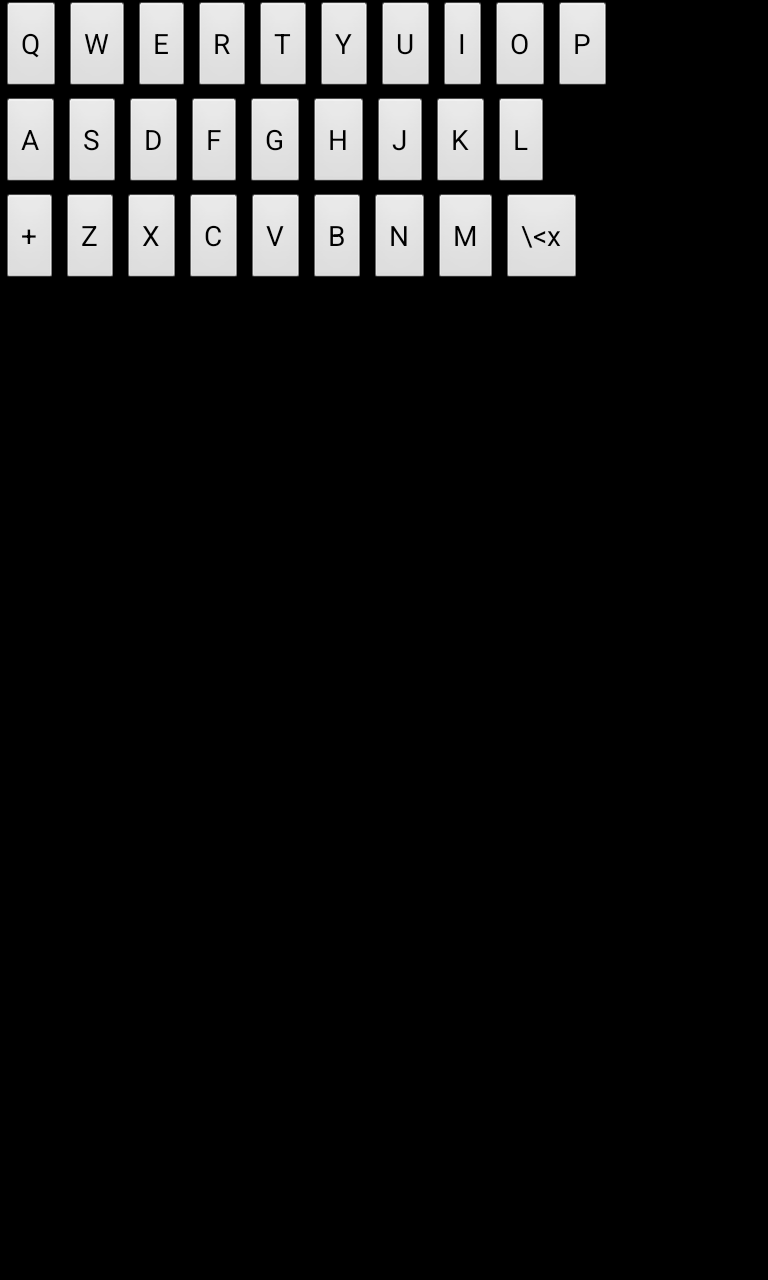
Repository: simplesns/workspace
Layout: eclipse/DEPuzzles/res/layout/ui_keypad.xml
These files come from the project's save history. The layout is drawn as it stood at one moment and after the next save; the edit follows.
It is drawn on a 768 x 1280 px phone screen (xhdpi) without system bars, with theme android:Theme; the app's code is not run.

Above is the layout before, as saved 2011-01-29 08:57:29.

After the next save:
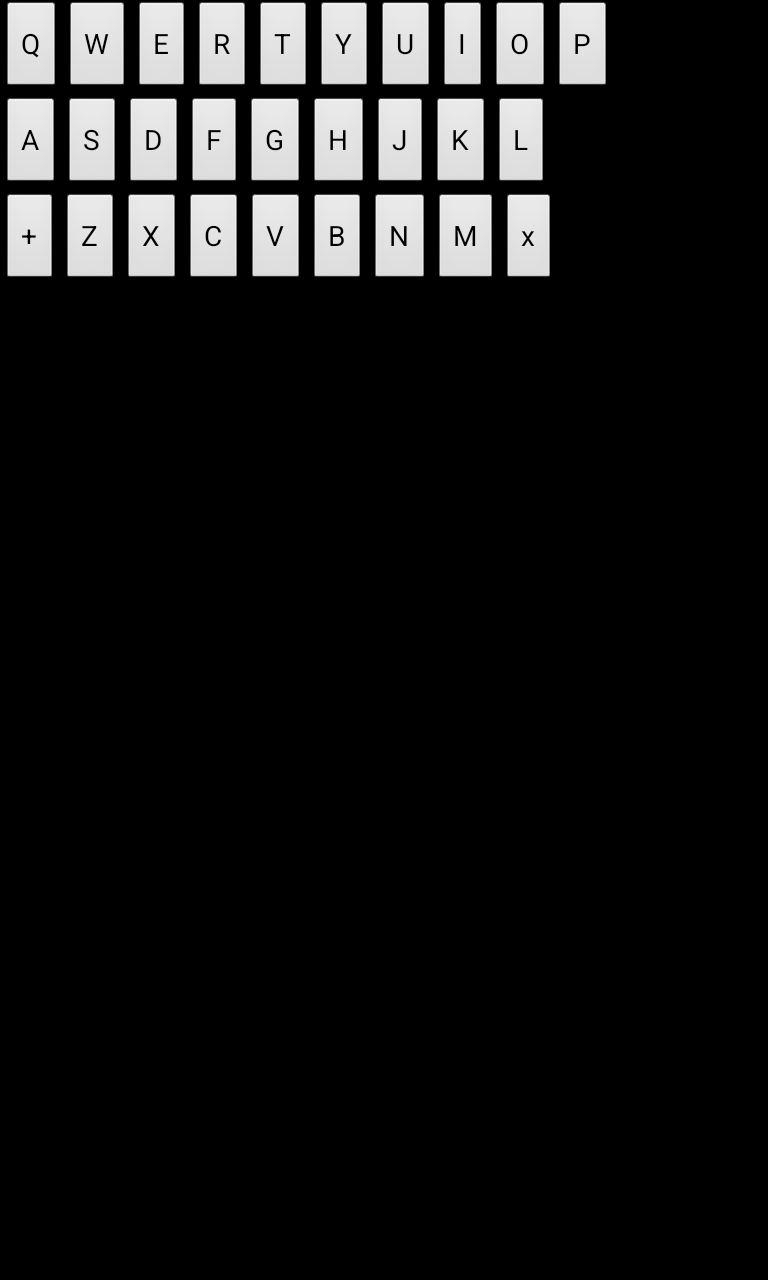
Saved 20 s later.
--- a/eclipse/DEPuzzles/res/layout/ui_keypad.xml
+++ b/eclipse/DEPuzzles/res/layout/ui_keypad.xml
@@ -65,7 +65,7 @@
 		<Button android:layout_width="wrap_content"
 			android:layout_height="wrap_content" android:text="M" android:id="@+id/KeyPadM"></Button>
 		<Button android:layout_width="wrap_content"
-			android:layout_height="wrap_content" android:text="\<x" android:id="@+id/KeyPadBack"></Button>
+			android:layout_height="wrap_content" android:text="x" android:id="@+id/KeyPadBack"></Button>
 	</LinearLayout>
 
 </LinearLayout>
